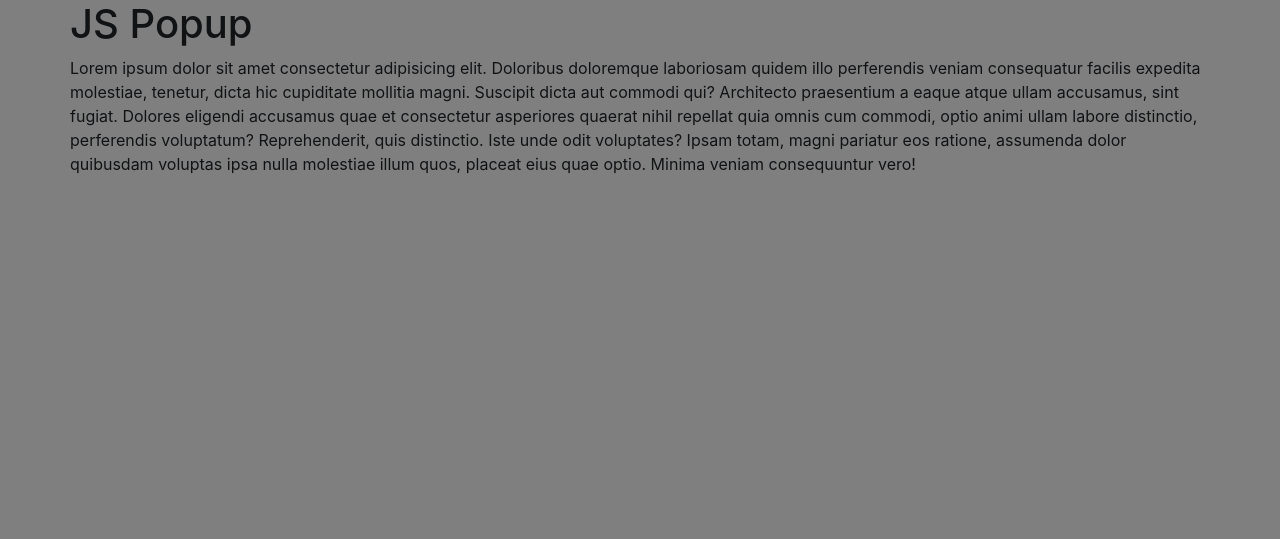
Repository: frostnn/popup-js
Page: index.html
An editor plug-in stored every save of this project. The page is shown before and after the next save, followed by the edit.
The browser window is 1280 px wide. The pictures show the whole page.

Above is the page before, as saved 2021-01-17 22:48:21.

### index.html
<!DOCTYPE html>
<html lang="en">
<head>
  <meta charset="UTF-8">
  <meta name="viewport" content="width=device-width, initial-scale=1.0">
  <link rel="stylesheet" href="https://cdn.jsdelivr.net/npm/bootstrap@4.5.3/dist/css/bootstrap.min.css" integrity="sha384-TX8t27EcRE3e/ihU7zmQxVncDAy5uIKz4rEkgIXeMed4M0jlfIDPvg6uqKI2xXr2" crossorigin="anonymous">
  <link rel="stylesheet" href="css/modal.css">
  <title>Popup</title>
</head>
<body>
  <section class="container">
    <div class="row">
      <h1>JS Popup</h1>
      <p>Lorem ipsum dolor sit amet consectetur adipisicing elit. Doloribus doloremque laboriosam quidem
        illo perferendis veniam consequatur facilis expedita molestiae, tenetur, dicta hic cupiditate
        mollitia magni. Suscipit dicta aut commodi qui?
        Architecto praesentium a eaque atque ullam accusamus,
        sint fugiat. Dolores eligendi accusamus quae et consectetur asperiores quaerat nihil repellat
        quia omnis cum commodi, optio animi ullam labore distinctio, perferendis voluptatum?
        Reprehenderit, quis distinctio. Iste unde odit voluptates? Ipsam totam, magni pariatur eos ratione,
        assumenda dolor quibusdam voluptas ipsa nulla molestiae illum quos, placeat eius quae optio.
        Minima veniam consequuntur vero!
      </p>
    </div>
  </section>

  <div class="modale">
    <div class="modale-overlay">
      <div class="modal-window">

      </div>
    </div>
  </div>

  <script src='base.js'></script>
  <script src='index.js'></script>
</body>
</html>

### css/modal.css
.modale-overlay {
  position: fixed;
  top: 0;
  right: 0;
  left: 0;
  bottom: 0;
  background: rgb(0, 0, 0, 0.5);
}

.modale-window {
  width: 600px;
  height: 300px;
  border-radius: 5px;
  background: #fff;
  margin: 200px auto;


}

### base.js
const $ = {};

window.$ = $

Loaded but not shown: index.js (no copy from this time; the picture is the same without it)

After the next save:
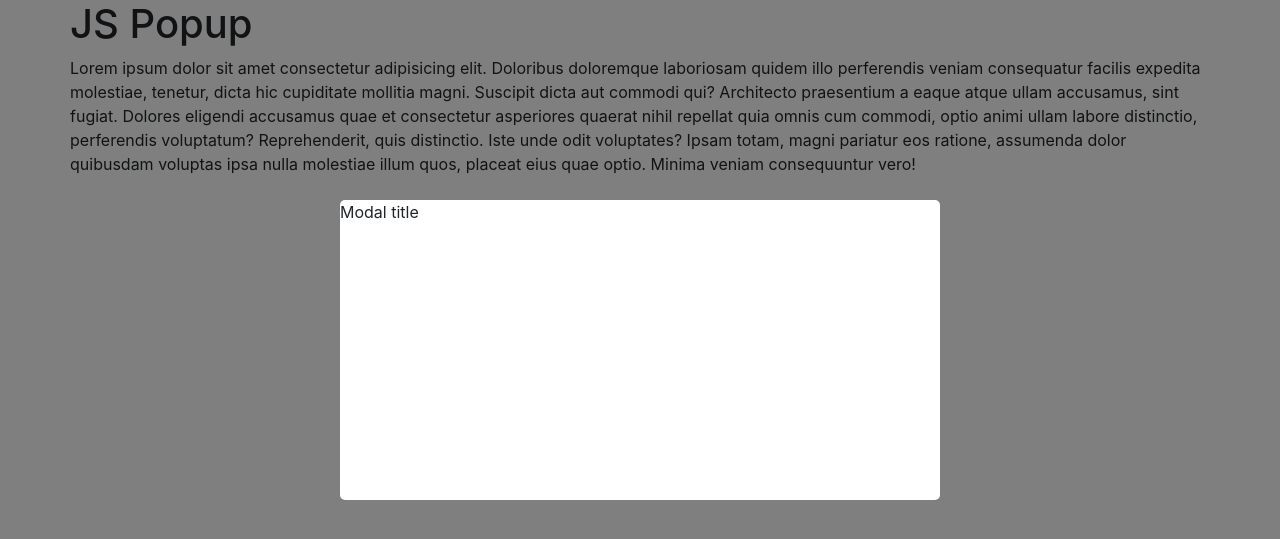
Saved 40 s later.
--- a/index.html
+++ b/index.html
@@ -26,8 +26,16 @@
 
   <div class="modale">
     <div class="modale-overlay">
-      <div class="modal-window">
+      <div class="modale-window">
+        <div class="modale-window_header">
+          <span class="modale-window_header-title">Modal title</span>
+        </div>
+        <div class="modale-window_body">
 
+        </div>
+        <div class="modale-window_footer">
+
+        </div>
       </div>
     </div>
   </div>
